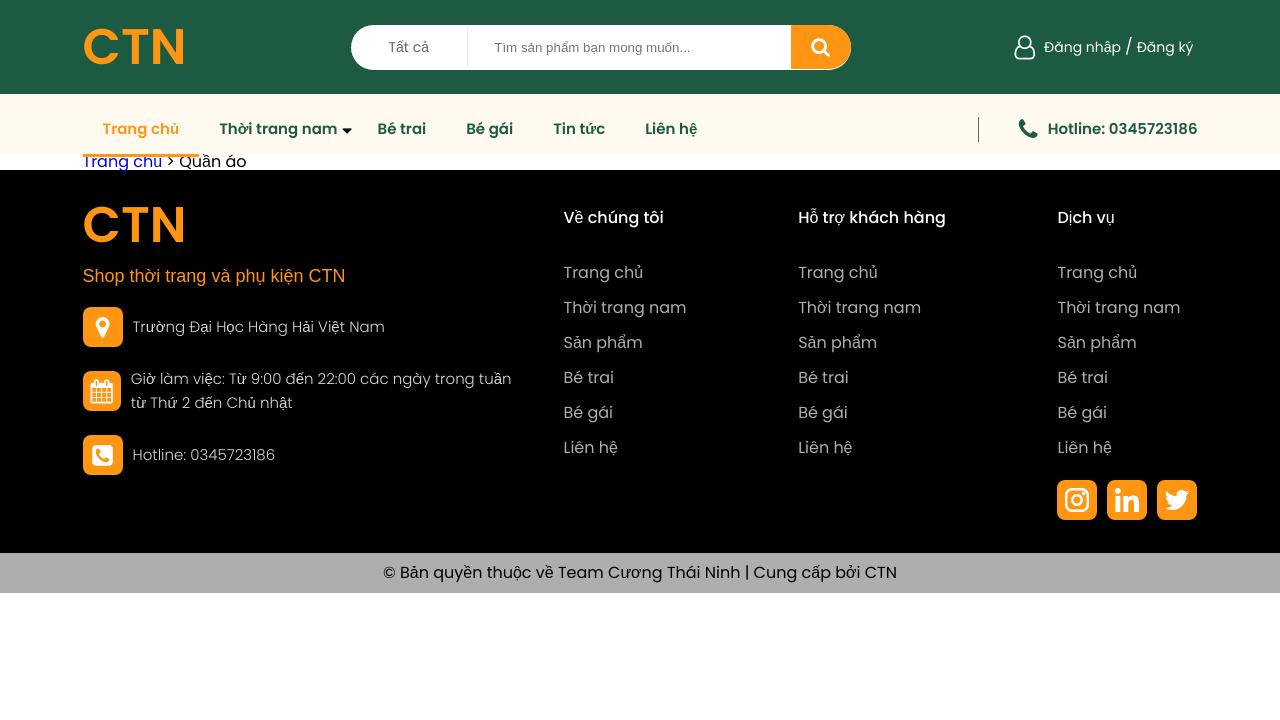
Repository: cuongchua2k2/BaiTapLon-web
Page: category.html
The author's editor kept a copy of each file at every save. The page is drawn from the files as they stood at one save, then again after the next save.
The browser window is 1280 px wide. The pictures show the whole page.

Above is the page before, as saved 2023-12-09 19:50:39.

After the next save:
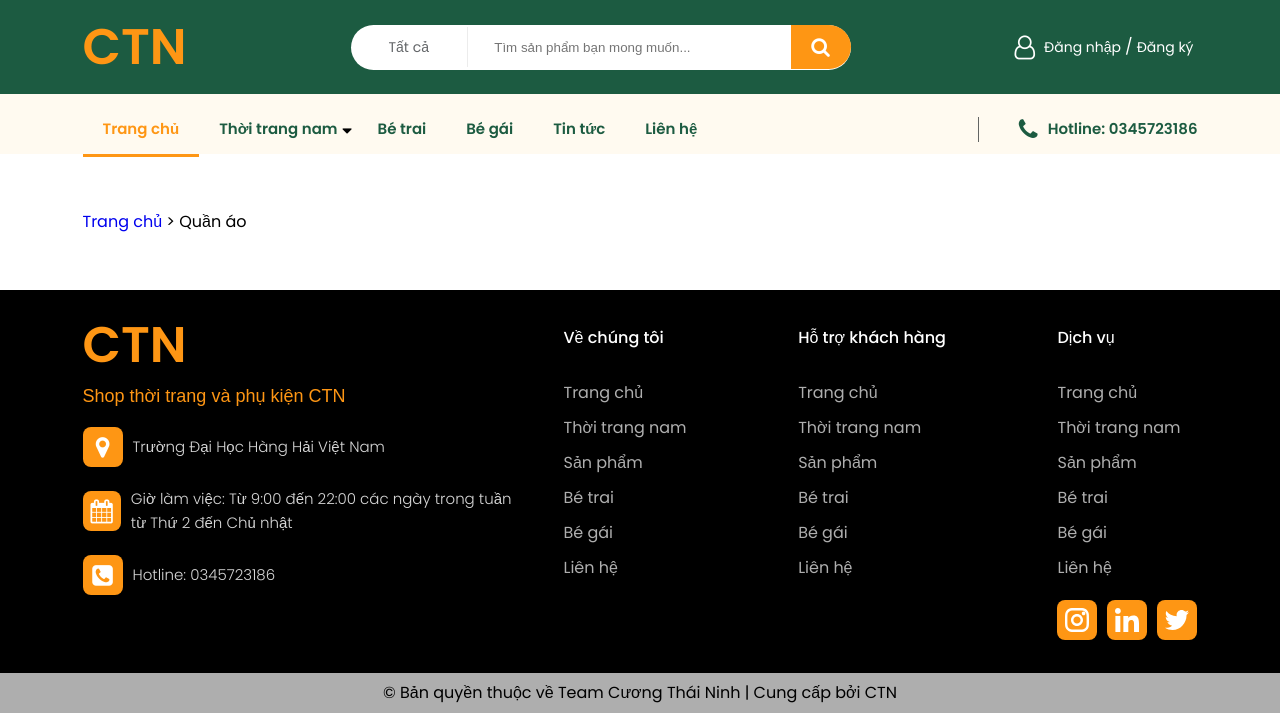
Saved 50 s later.
--- a/assets/css/style.css
+++ b/assets/css/style.css
@@ -547,3 +547,9 @@ header {
   padding: 12px 0;
   text-align: center;
 }
+
+/* ==================================category========================== */
+
+.category {
+  padding: 60px 0;
+}
